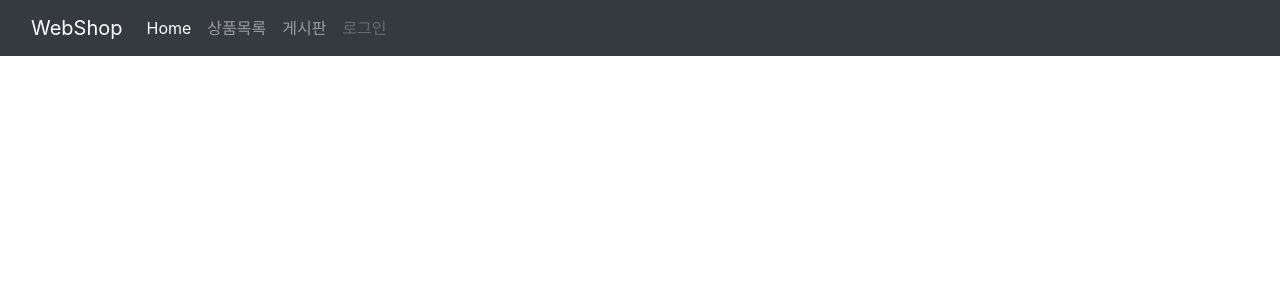
Repository: HimNahyeon/devClassBackup
Page: http://localhost/WebShop/product/products.jsp
These files come from the project's save history. The page is drawn as it stood at one moment and after the next save; the edit follows.
The browser window is 1280 px wide. The pictures show the whole page.
The page is served by Tomcat 9.

Above is the page before, as saved 2021-11-03 02:32:02.

After the next save:
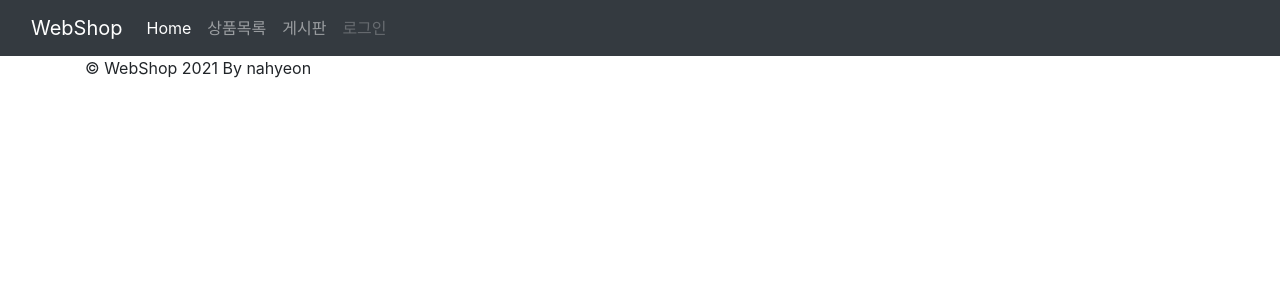
Saved 111 s later.
--- a/jsp/WebShop/WebContent/product/products.jsp
+++ b/jsp/WebShop/WebContent/product/products.jsp
@@ -9,5 +9,6 @@
 </head>
 <body>
 	<jsp:include page="../header.jsp"></jsp:include>
+	<jsp:include page="../footer.jsp"></jsp:include>
 </body>
 </html>
